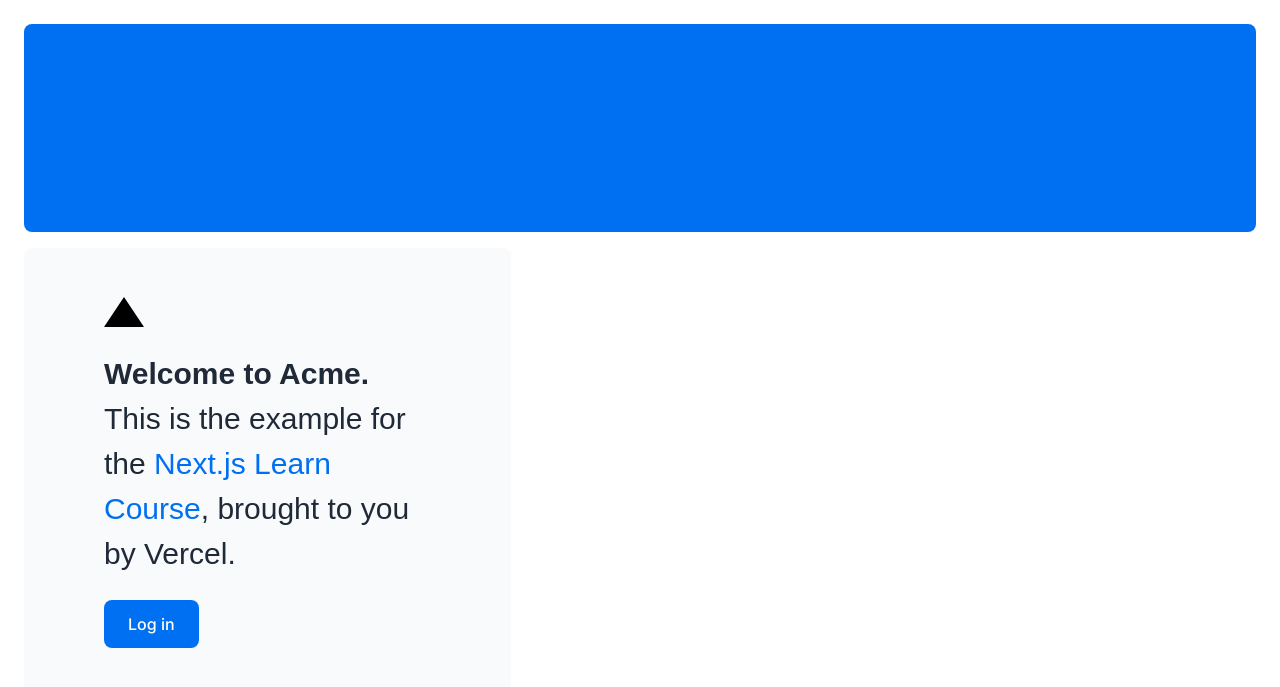
Repository: julietsawyerr/nextjs-dashboard
Page: /
These files come from the project's save history. The page is drawn as it stood at one moment and after a run of saves; the edit follows.
The browser window is 1280 px wide. The pictures show the whole page.
Some web fonts or font styles are not loaded; a fallback is used. The project was rebuilt for these pictures with package versions that can differ from the ones it lists, and the page was loaded fresh each time. The framework's server and built-in components were replaced by stand-ins that run in the browser. Also part of the build but not shown: next.config.js.

Above is the page before, as saved 2023-11-06 12:09:24.

After the next 3 saves:
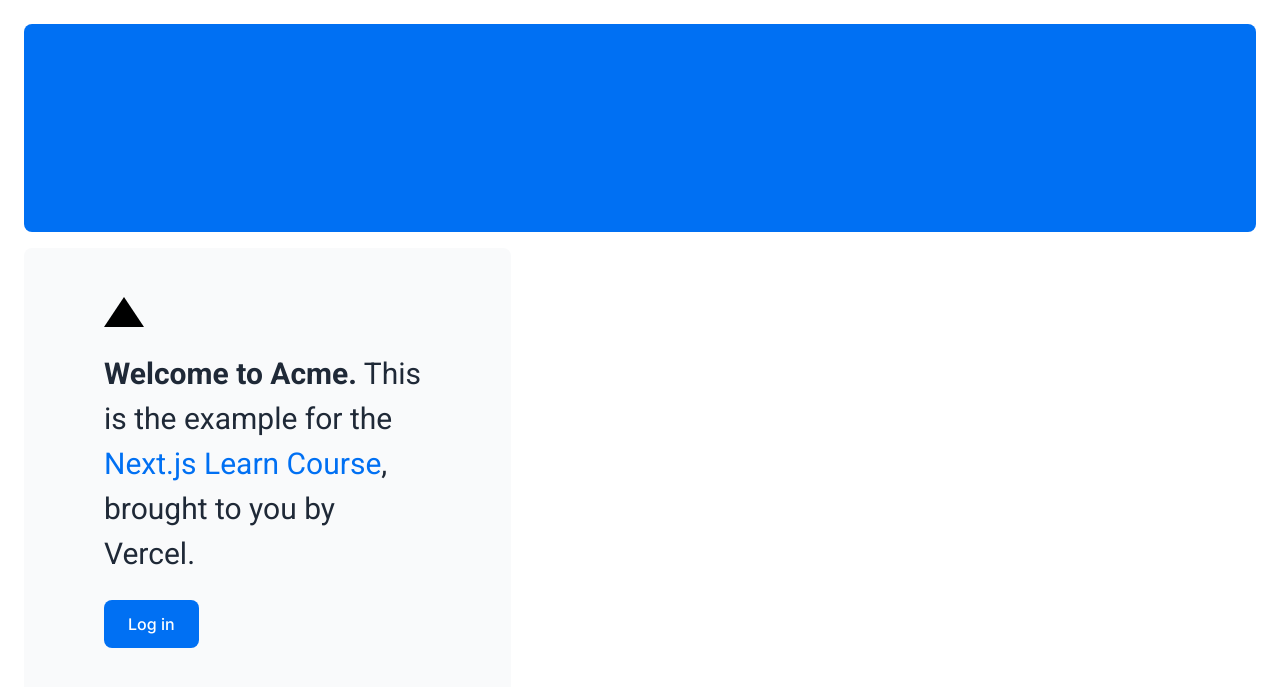
The 3 saves are shown as one change because 1 did not build or start and some came seconds apart.
The last was saved 34 s later.
--- a/app/page.tsx
+++ b/app/page.tsx
@@ -1,7 +1,7 @@
 import AcmeLogo from '@/app/ui/acme-logo';
 
 import Link from 'next/link';
-import {lusitana} from '@/app/ui/fonts';
+import {roboto} from '@/app/ui/fonts';
 export default function Page() {
   return (
     <main className="flex min-h-screen flex-col p-6">
@@ -13,7 +13,7 @@ export default function Page() {
 
         <div className="h-0 w-0 border-b-[30px] border-l-[20px] border-r-[20px] border-b-black border-l-transparent border-r-transparent"/>
 
-          <p className={`${lusitana.className} antialiased text-xl text-gray-800 md:text-3xl md:leading-normal`}>
+          <p className={`${roboto.className} antialiased text-xl text-gray-800 md:text-3xl md:leading-normal`}>
             <strong>Welcome to Acme.</strong> This is the example for the{' '}
             <a href="https://nextjs.org/learn/" className="text-blue-500">
               Next.js Learn Course
